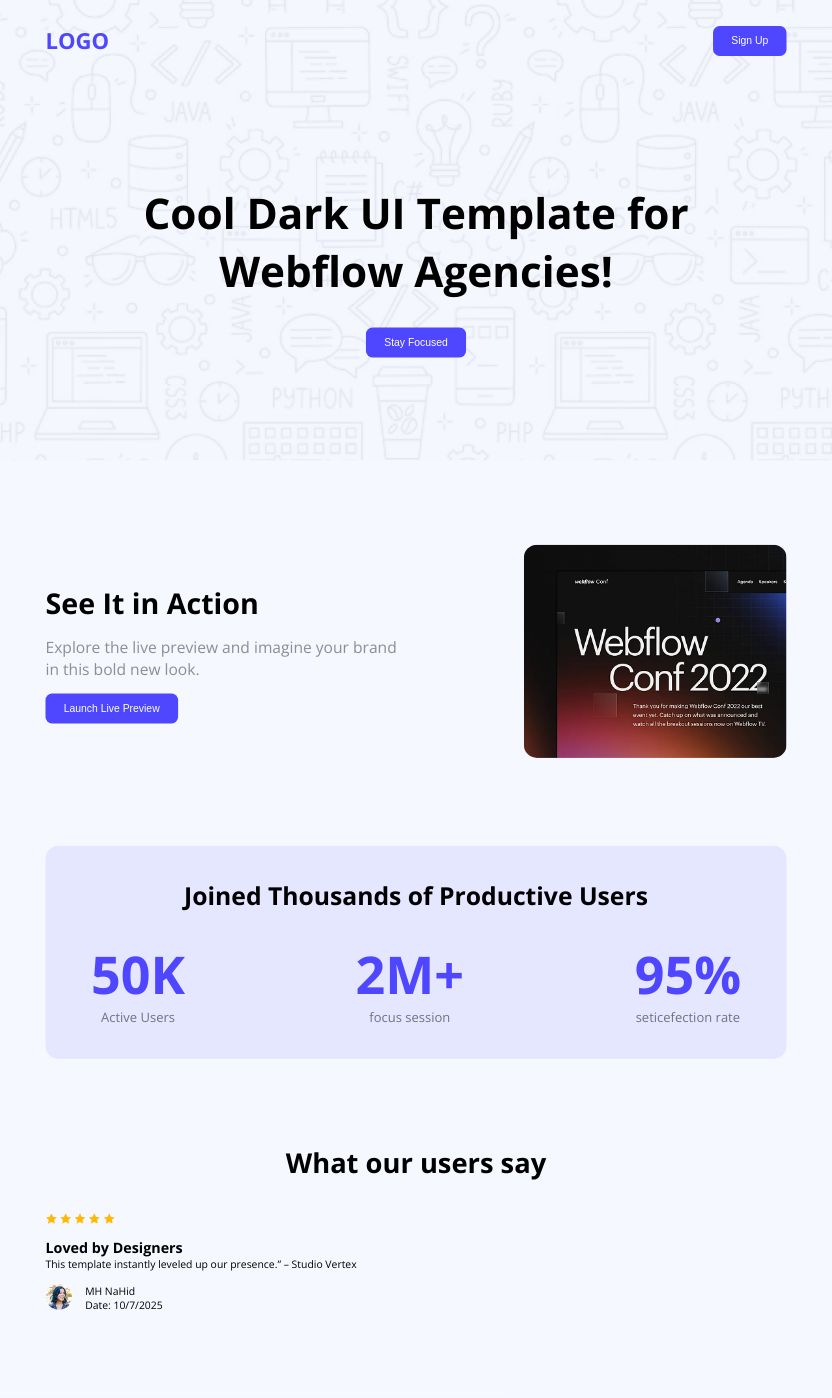
Repository: nahid-hasann/website-3
Page: index.html
These files come from the project's save history. The page is drawn as it stood at one moment and after the next save; the edit follows.
The browser window is 1280 px wide. The pictures show the whole page, at 65% of full size.

Above is the page before, as saved 2025-07-10 21:02:01.

After the next save:
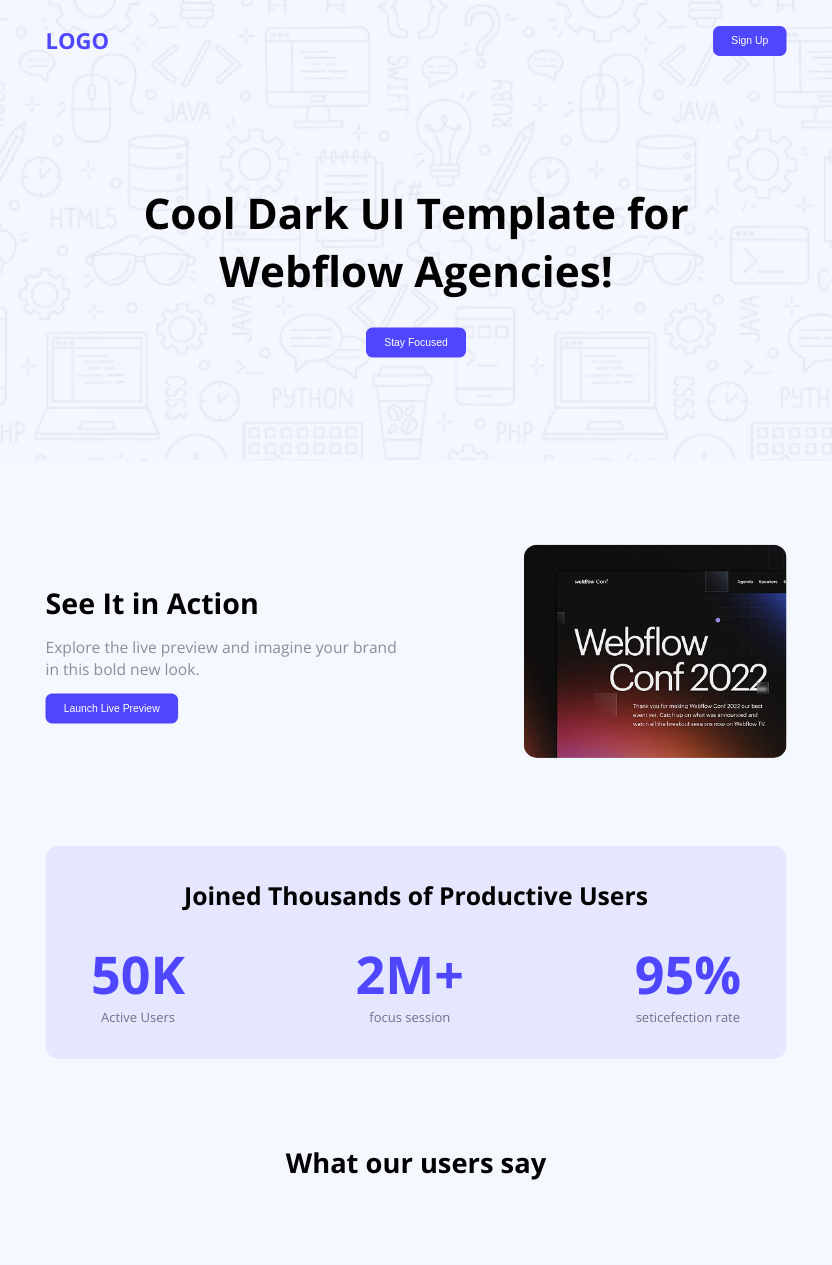
Saved 53 s later.
--- a/index.html
+++ b/index.html
@@ -78,28 +78,7 @@
 
     <h1>What our users say</h1>
 
-    <div class="feedback-review">
 
-        <div class="star">
-            <img src="Assets/icon-star.png" alt="">
-        <img src="Assets/icon-star.png" alt="">
-        <img src="Assets/icon-star.png" alt="">
-        <img src="Assets/icon-star.png" alt="">
-        <img src="Assets/icon-star.png" alt="">
-        <h4>Loved by Designers</h4>
-        <p>This template instantly leveled up our presence.” – Studio Vertex</p>
-        </div>
-        <div class="reviwer">
-            <div class="reviwer-img">
-                <img src="Assets/avatar.png" alt="">
-            </div>
-            <div class="reviwer-text">
-                <p>MH NaHid</p>
-                 <p>Date: 10/7/2025</p>
-            </div>
-        </div>
-
-    </div>
 
 </section>
 

After the 6 saves that followed:
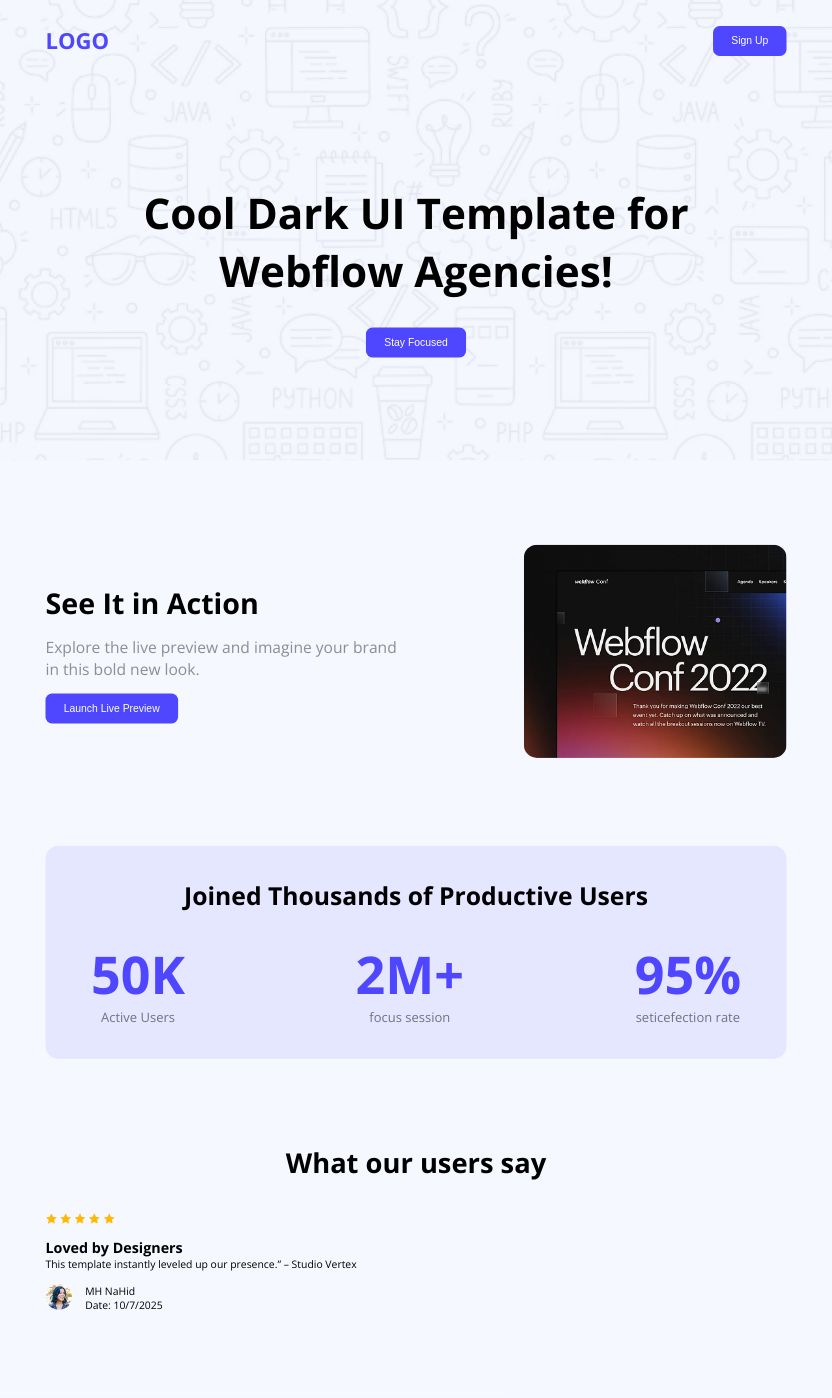
The 6 saves are shown as one change because 2 left the picture as it was and some came seconds apart.
The last was saved 26 s later.
--- a/index.html
+++ b/index.html
@@ -78,7 +78,32 @@
 
     <h1>What our users say</h1>
 
+    <div class="feedback-flex">
 
+   <div class="feedback-review">
+
+        <div class="star">
+            <img src="Assets/icon-star.png" alt="">
+        <img src="Assets/icon-star.png" alt="">
+        <img src="Assets/icon-star.png" alt="">
+        <img src="Assets/icon-star.png" alt="">
+        <img src="Assets/icon-star.png" alt="">
+        <h4>Loved by Designers</h4>
+        <p>This template instantly leveled up our presence.” – Studio Vertex</p>
+        </div>
+        <div class="reviwer">
+            <div class="reviwer-img">
+                <img src="Assets/avatar.png" alt="">
+            </div>
+            <div class="reviwer-text">
+                <p>MH NaHid</p>
+                 <p>Date: 10/7/2025</p>
+            </div>
+        </div>
+
+    </div>
+
+    </div>
 
 </section>
 
